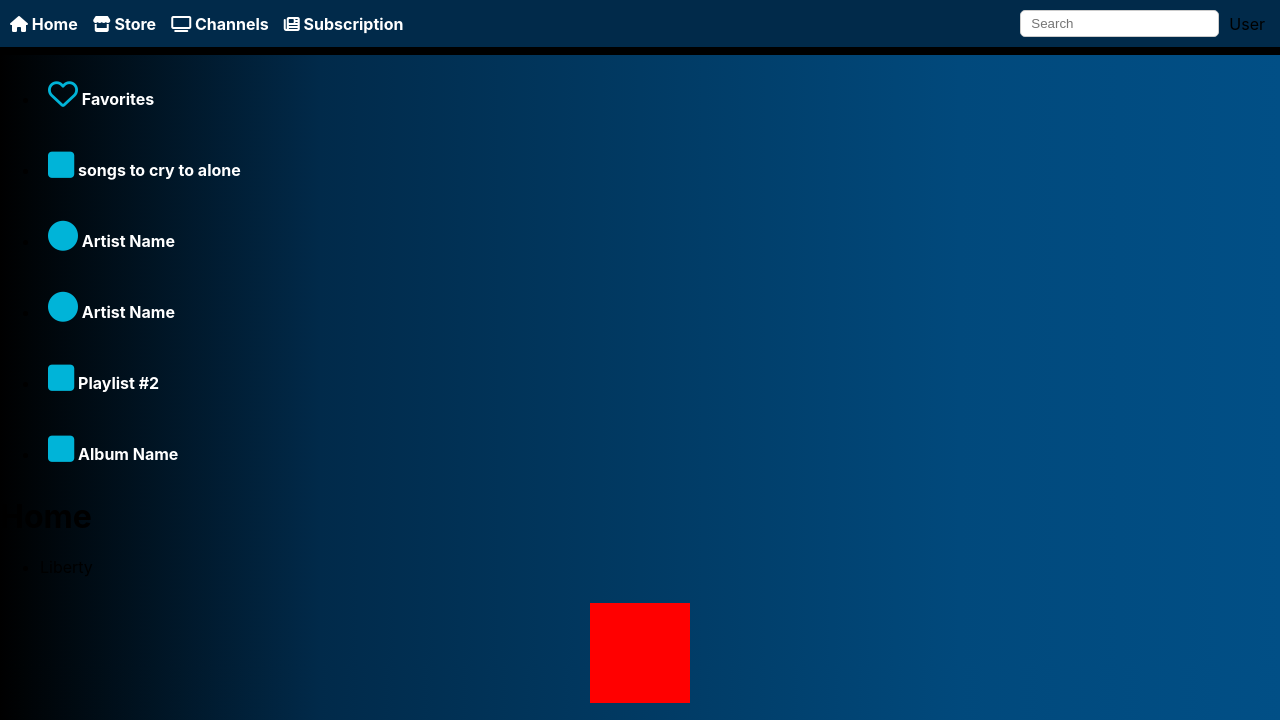
Repository: gordonnrat/group-2-project
Page: / (app in source-code/)
An editor plug-in stored every save of this project. The page is shown before and after the next save, followed by the edit.
The browser window is 1280 px wide. The pictures show the whole page.
The project was rebuilt for these pictures with package versions that can differ from the ones it lists, and the page was loaded fresh each time. Also part of the build but not shown: source-code/src/App.css, source-code/src/App.js, source-code/src/components/pages/Login.js.

Above is the page before, as saved 2023-07-26 16:01:16.

After the next save:
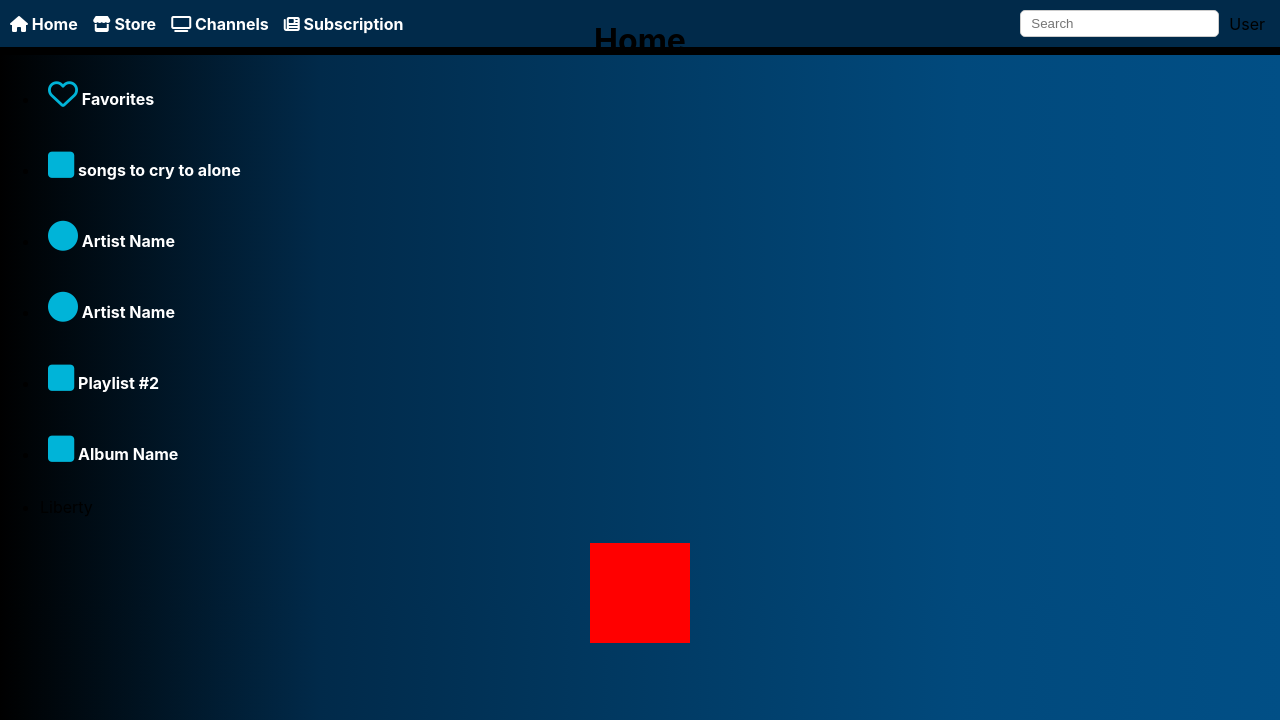
Saved 33 s later.
--- a/source-code/src/components/pages/js.css
+++ b/source-code/src/components/pages/js.css
@@ -15,3 +15,13 @@
     background-color: blue; /* Set the color you want for the square */
     margin: 10px; /* Add spacing between squares if needed */
   }
+
+
+  /* square.css (or create a new CSS file and import it) */
+.top-heading {
+  text-align: center; /* Optional: Center the text horizontally */
+  position: absolute;
+  top: 0;
+  left: 50%;
+  transform: translateX(-50%);
+}

After the save that followed:
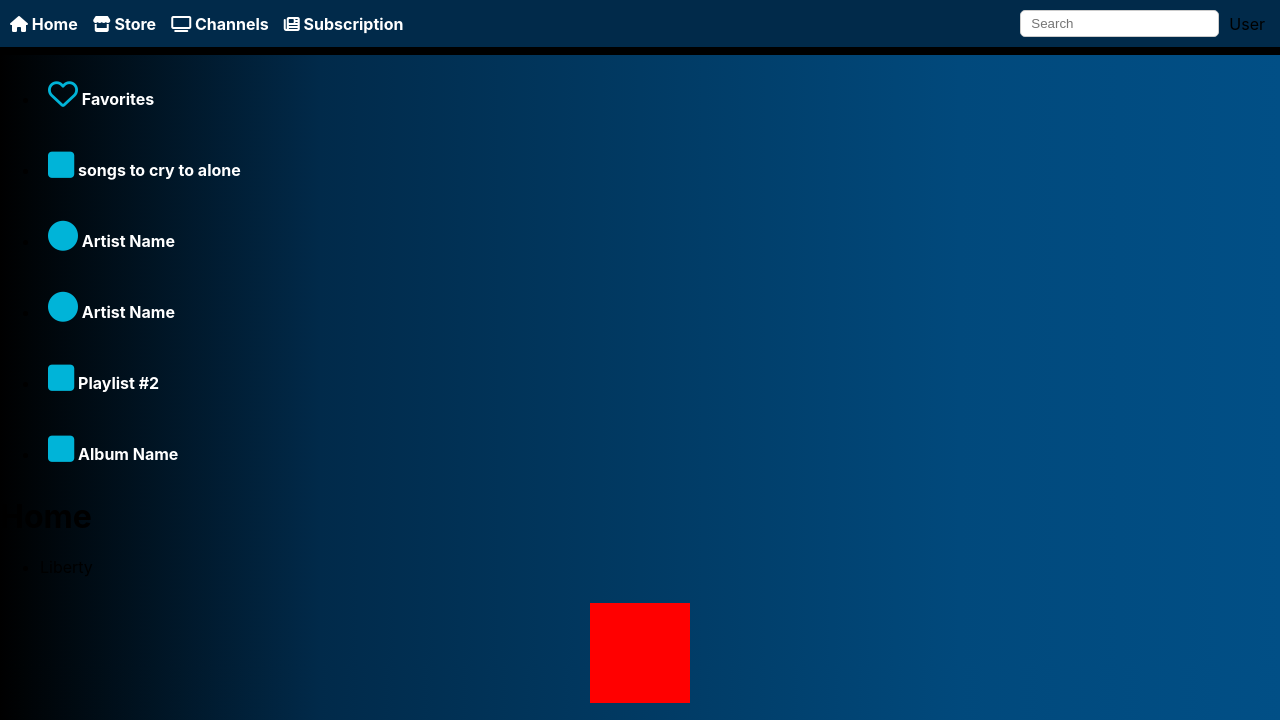
Saved 58 s later.
--- a/source-code/src/components/pages/js.css
+++ b/source-code/src/components/pages/js.css
@@ -16,12 +16,13 @@
     margin: 10px; /* Add spacing between squares if needed */
   }
 
-
-  /* square.css (or create a new CSS file and import it) */
-.top-heading {
-  text-align: center; /* Optional: Center the text horizontally */
+/* square.css (or create a new CSS file and import it) */
+.side-heading {
+  display: flex;
+  align-items: center;
   position: absolute;
   top: 0;
-  left: 50%;
-  transform: translateX(-50%);
+  left: 0;
+  height: 100%;
+  padding-left: 20px; /* Optional: Add some padding for spacing */
 }
